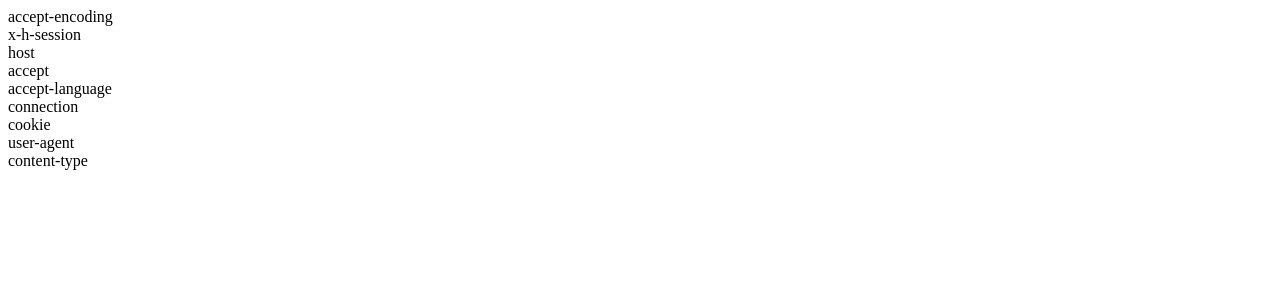
Repository: kiyongee2/kh-jsp
Page: http://localhost/jwbook/ch03/request2.jsp
An editor plug-in stored every save of this project. The page is shown before and after the next save, followed by the edit.
The browser window is 1280 px wide. The pictures show the whole page.
The page is served by Tomcat 9.

Above is the page before, as saved 2023-11-20 14:51:09.

After the next save:
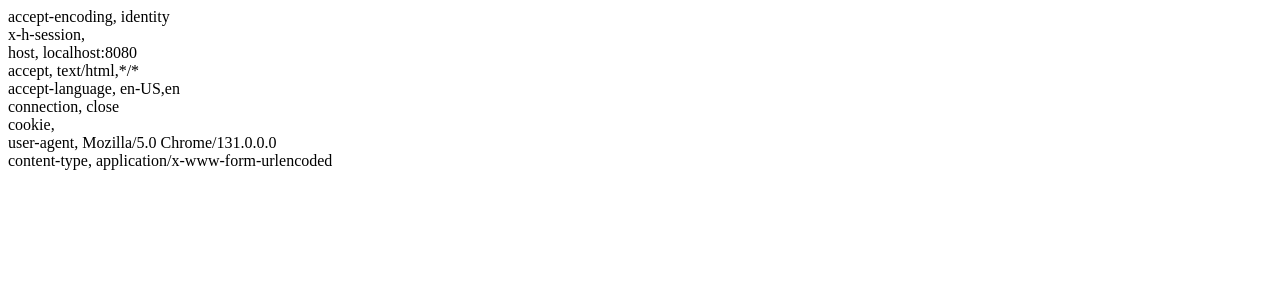
Saved 81 s later.
--- a/jwbook/src/main/webapp/ch03/request2.jsp
+++ b/jwbook/src/main/webapp/ch03/request2.jsp
@@ -15,7 +15,8 @@
 	    Enumeration<String> en = request.getHeaderNames();
 	    while(en.hasMoreElements()){
 	    	String headerName = en.nextElement();
-	    	out.println(headerName + "<br>");
+	    	String headerValue = request.getHeader(headerName);
+	    	out.println(headerName + ", " + headerValue + "<br>");
 	    }
 
 		//out.println(hostValue + "<br>");
